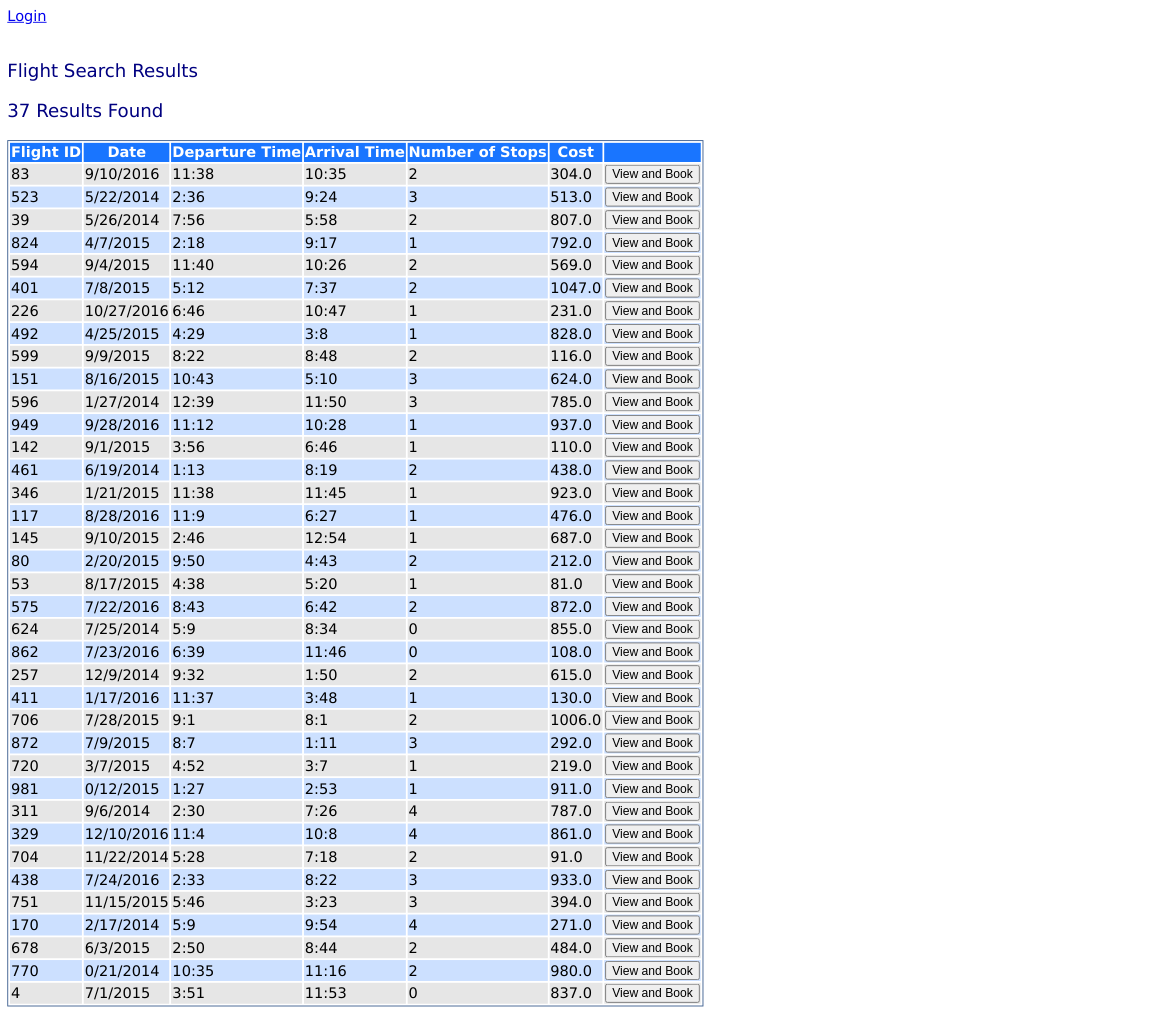
Repository: jliu9000/CSE-464---Flight-Pages
Page: http://localhost/HW1/FlightSearchResults.jsp
An editor plug-in stored every save of this project. The page is shown before and after the next save, followed by the edit.
The browser window is 1280 px wide. The pictures show the whole page, at 91% of full size.
The page is served by Tomcat 9.

Above is the page before, as saved 2014-09-21 08:48:12.

After the next save:
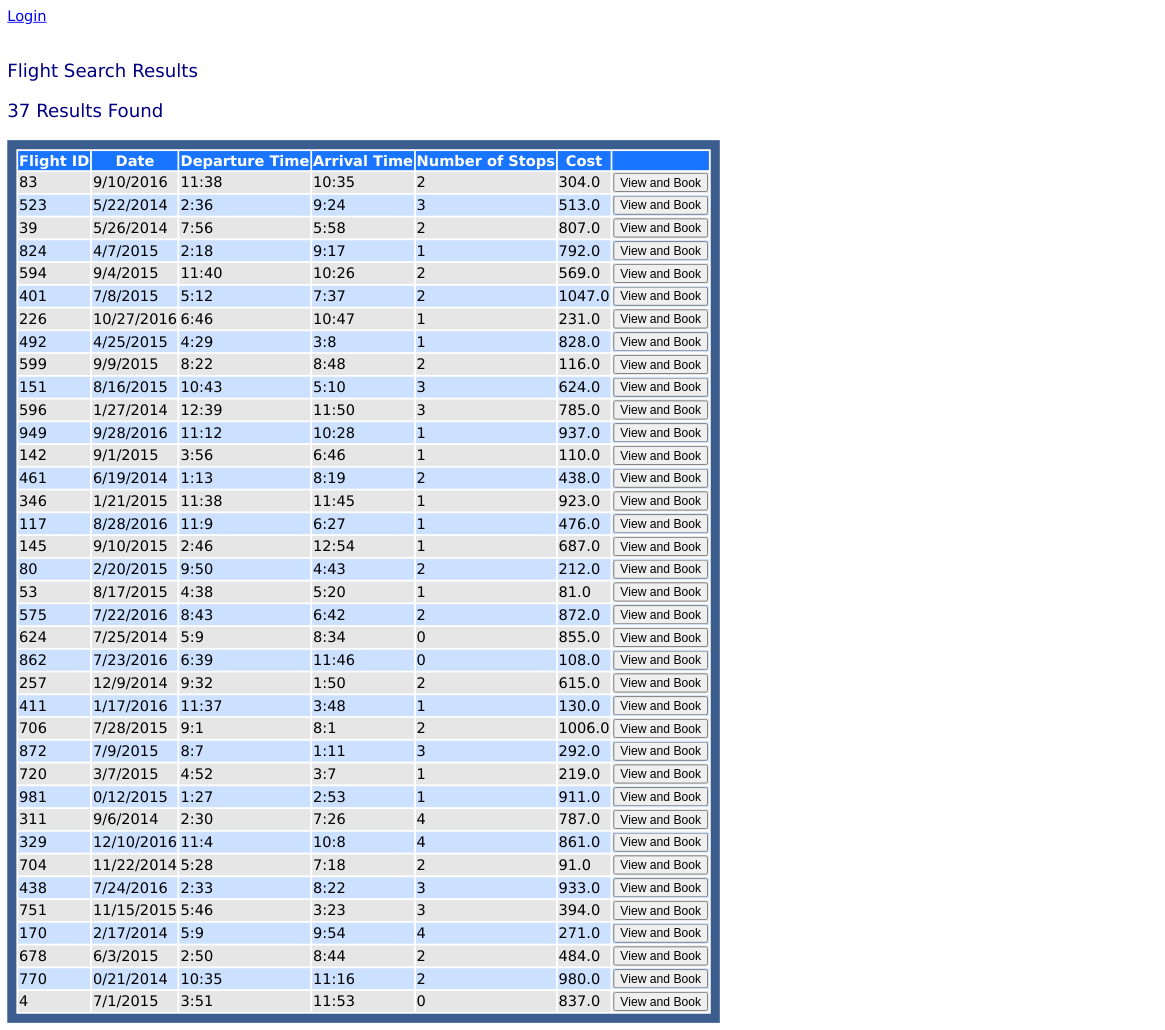
Saved 21 s later.
--- a/HW1/WebContent/FlightStyles.css
+++ b/HW1/WebContent/FlightStyles.css
@@ -14,7 +14,7 @@ p {
 }
 
 table {
-   border: 1px solid #3C5E8F;
+   border: 10px solid #3C5E8F;
    padding: 0px;
 }
 
